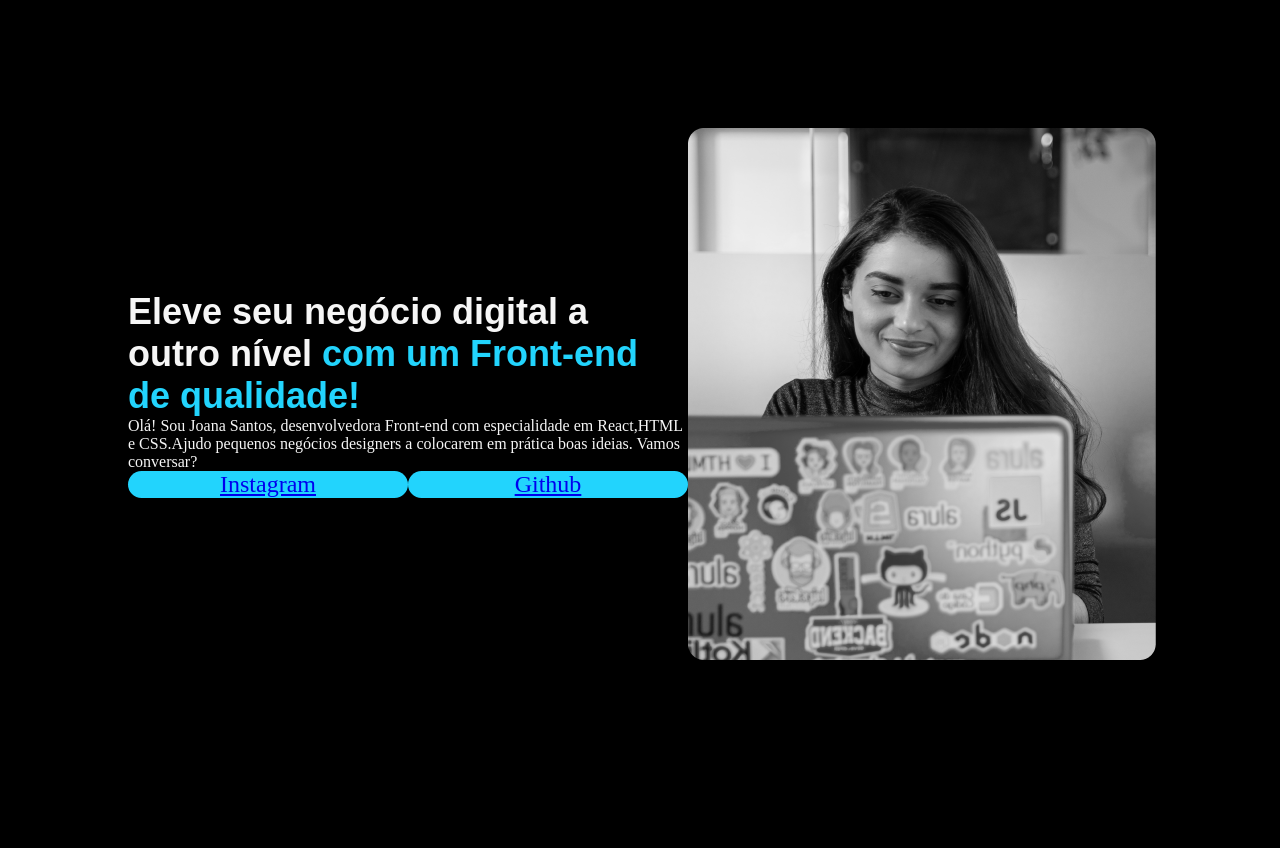
Repository: YoungAkira/CursoHtmlCss
Page: index.html
The author's editor kept a copy of each file at every save. The page is drawn from the files as they stood at one save, then again after the next save.
The browser window is 1280 px wide. The pictures show the whole page.
Some web fonts or font styles are not loaded; a fallback is used.

Above is the page before, as saved 2023-05-13 12:21:33.

After the next save:
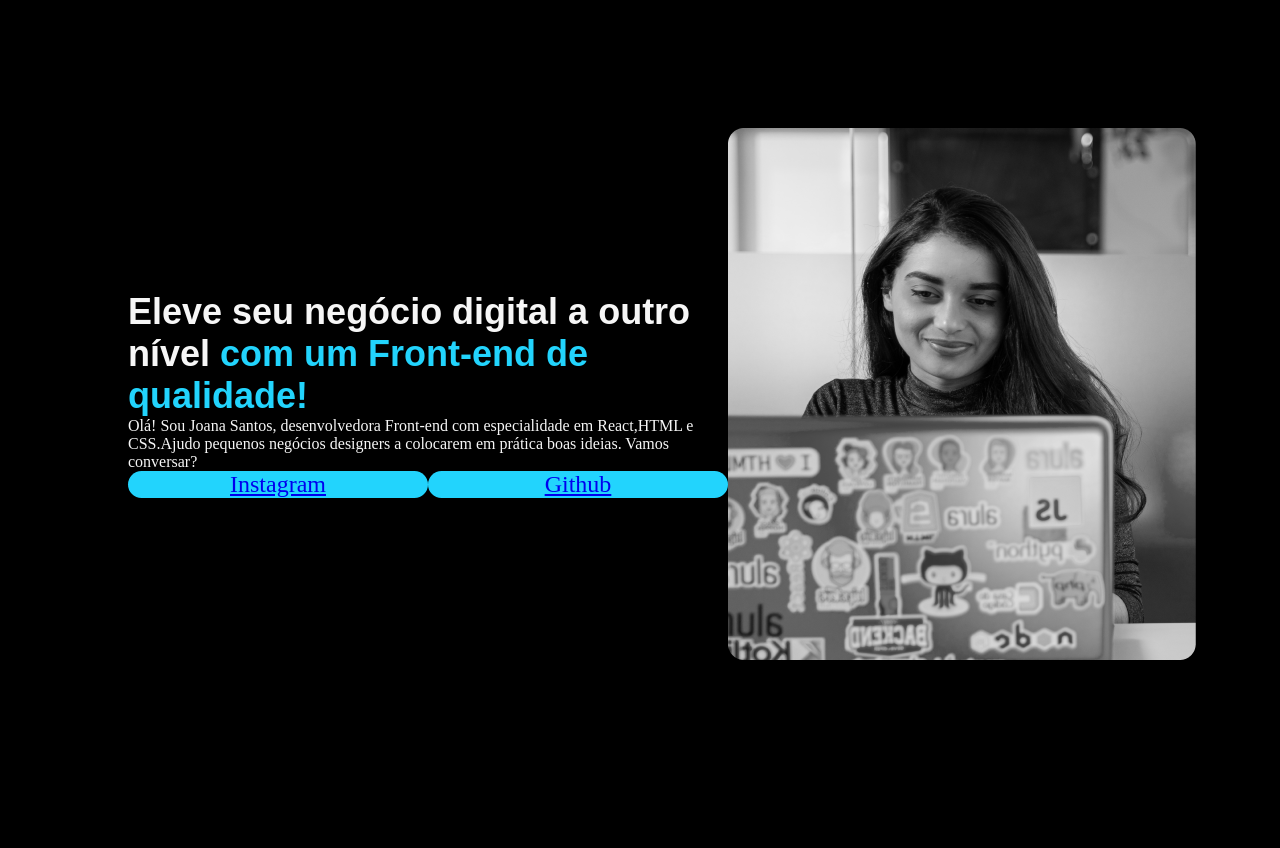
Saved 68 s later.
--- a/style.css
+++ b/style.css
@@ -53,7 +53,7 @@ apresentacao_conteudo_texto{
 
 .apresentacao-links-link{
     background-color: #22D4FD;
-    width: 280px;
+    width: 300px;
     text-align: center;
     border-radius: 16px;
     font-size: 24px;
